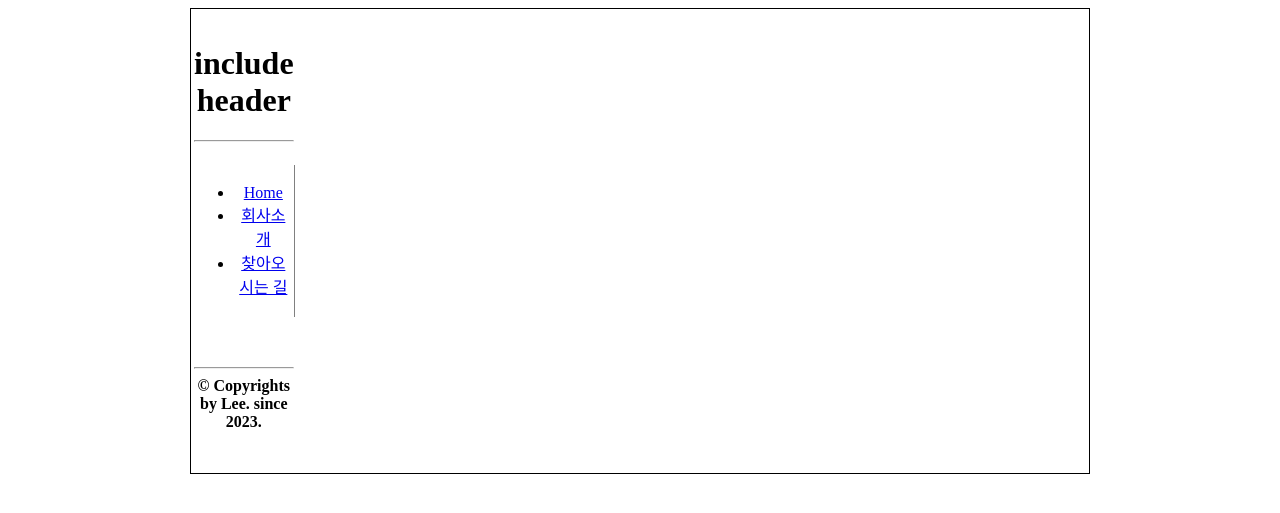
Repository: gh-56/jsp_workspace_al
Page: http://localhost/12_template_page/index.jsp?page=default
The author's editor kept a copy of each file at every save. The page is drawn from the files as they stood at one save, then again after the next save.
The browser window is 1280 px wide. The pictures show the whole page.
The page is served by Tomcat 9.

Above is the page before, as saved 2023-10-18 02:08:38.

After the next save:
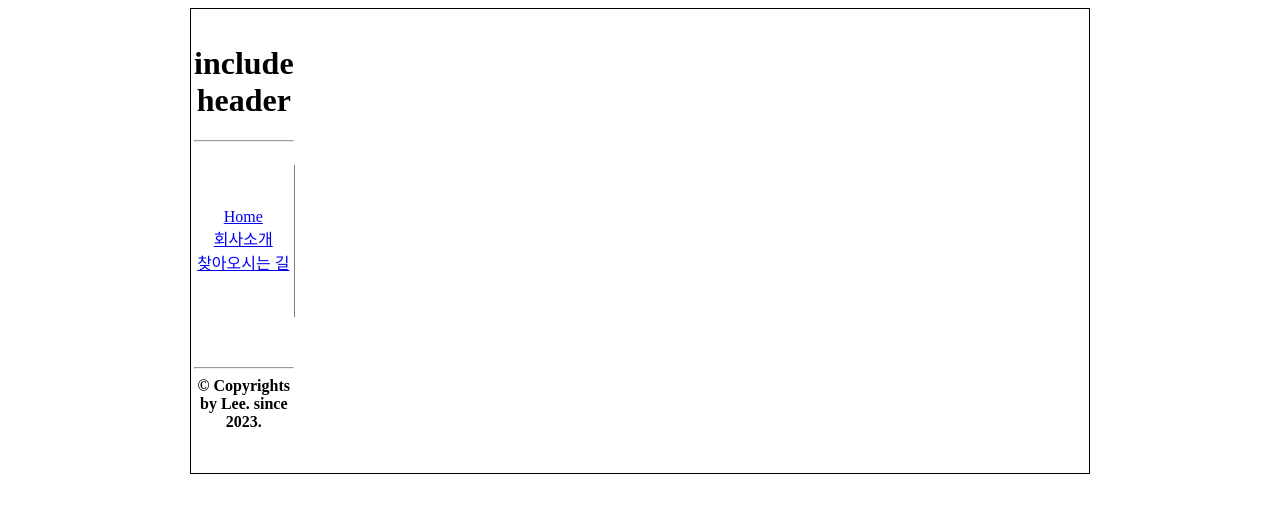
Saved 61 s later.
--- a/12_template_page/src/main/webapp/index.jsp
+++ b/12_template_page/src/main/webapp/index.jsp
@@ -14,6 +14,12 @@
 	}
 	table tr td:first-child{
 		border-right:1px solid gray;
+	}
+	aside ul{
+		padding: 0;
+	}
+	aside ul li{
+		list-style: none;
 	}
 </style>
 </head>
